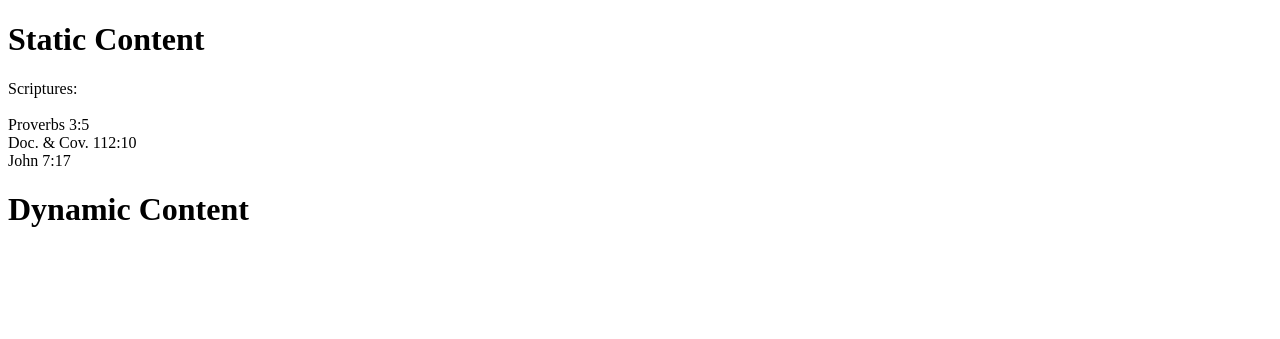
Repository: Bodily-Brad/CS313-Group-Java
Page: http://localhost/8.01/scriptureList.jsp
An editor plug-in stored every save of this project. The page is shown before and after the next save, followed by the edit.
The browser window is 1280 px wide. The pictures show the whole page.
The page is served by Tomcat 9.

Above is the page before, as saved 2014-11-10 19:24:09.

After the next save:
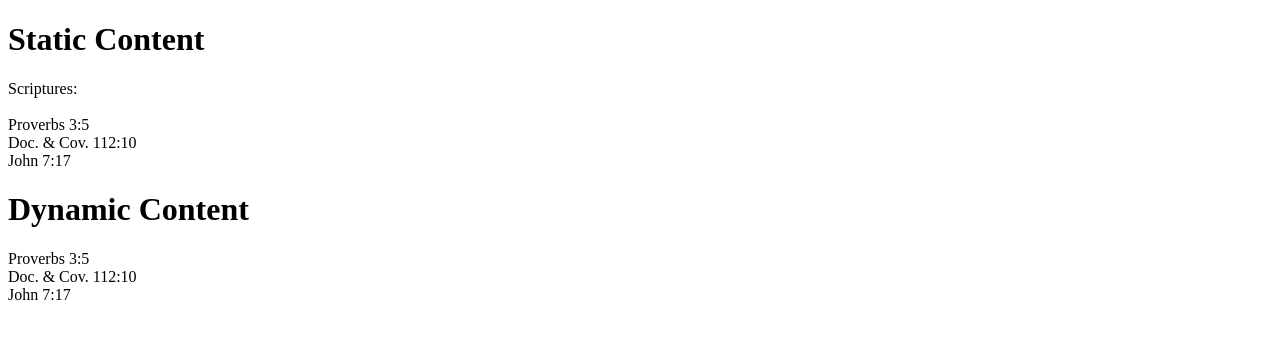
Saved 26 s later.
--- a/8.01/WebContent/scriptureList.jsp
+++ b/8.01/WebContent/scriptureList.jsp
@@ -23,6 +23,9 @@
 		scriptures.add("Proverbs 3:5");
 		scriptures.add("Doc. &amp; Cov. 112:10");
 		scriptures.add("John 7:17");
+
+		for (String scripture : scriptures )
+			out.println(scripture + "<br>");
 	%>
 	</div>
 </body>
